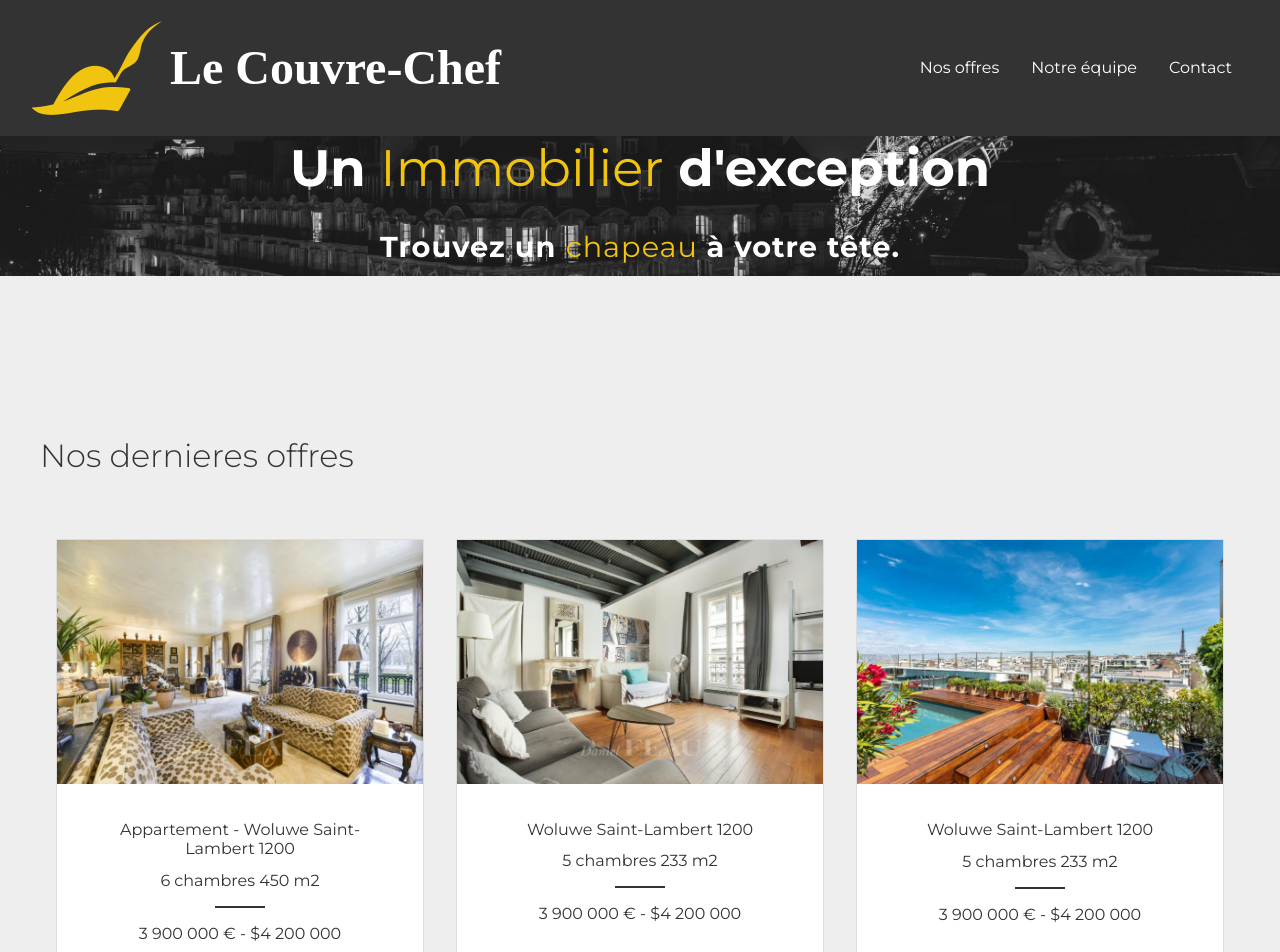
Repository: Hiliyeh/immo
Page: index.html
The author's editor kept a copy of each file at every save. The page is drawn from the files as they stood at one save, then again after the next save.
The browser window is 1280 px wide. The pictures show the part of the page from y = 0 to 952 px (the page is 3735 px tall before and 3799 px after).
Some web fonts or font styles are not loaded; a fallback is used. Some web libraries are served in a nearby version.

Above is the page before, as saved 2020-05-06 15:15:41.

After the next save:
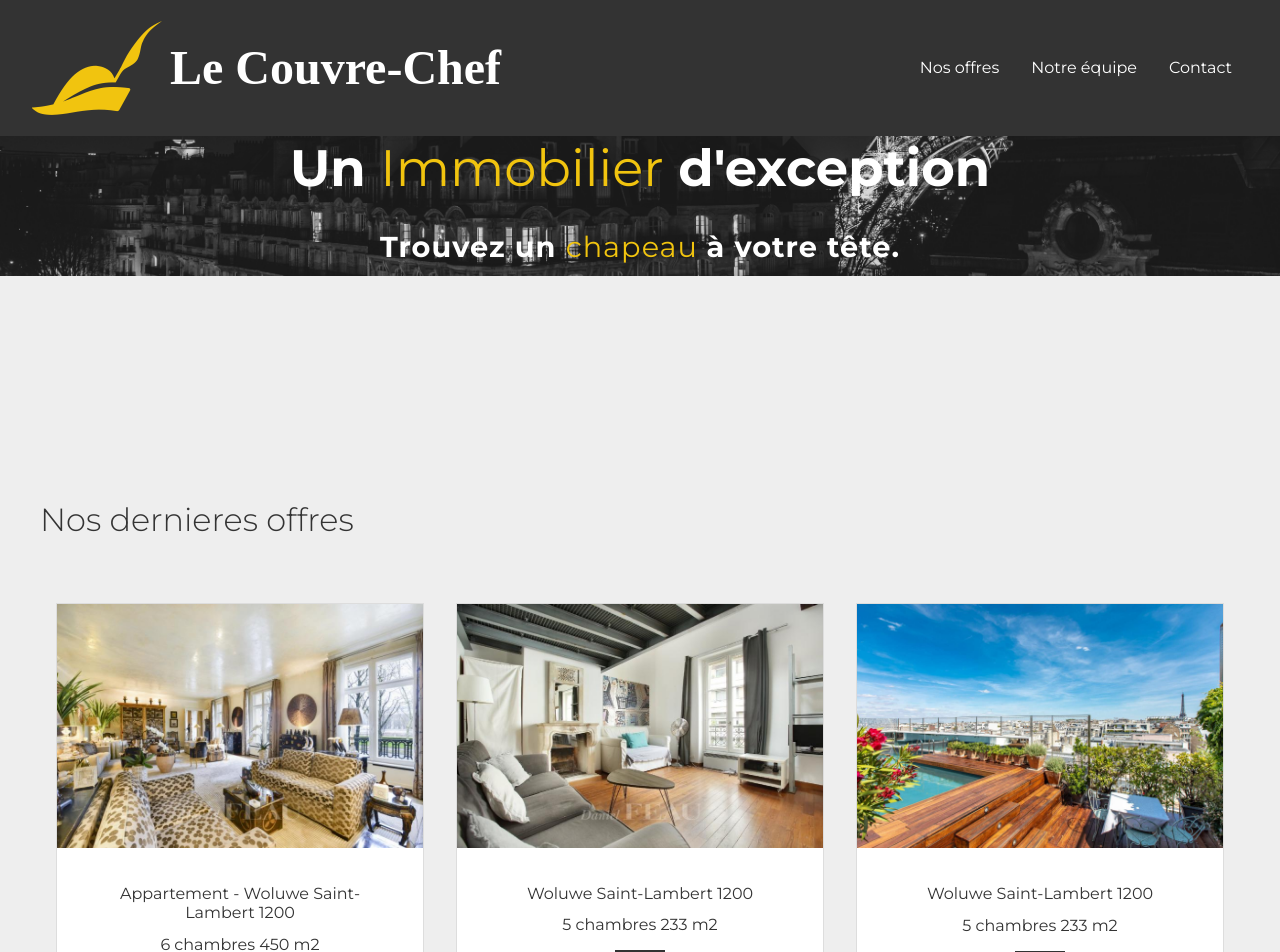
Saved 85 s later.
--- a/css/style.CSS
+++ b/css/style.CSS
@@ -93,6 +93,7 @@
   flex-direction: column;
   justify-content: center;
   align-items: center;
+  margin-bottom: 4rem;
   background: url("../img/frame.jpg") center/cover;
 }
 
